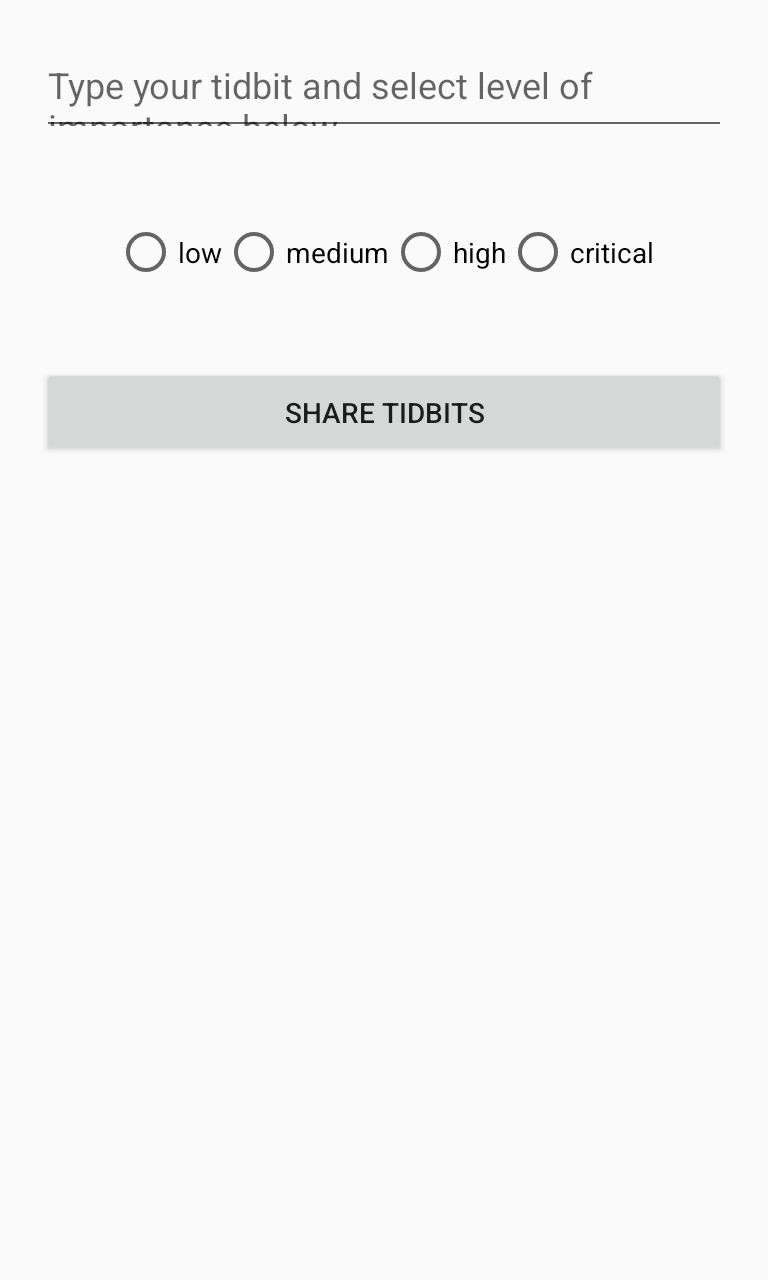
Repository: Pseudos/crowd-tidbits
Layout: crowd-tidbits/res/layout/share.xml
These files come from the project's save history. The layout is drawn as it stood at one moment and after the next save; the edit follows.
It is drawn on a 768 x 1280 px phone screen (xhdpi) without system bars, with theme AppTheme; the app's code is not run.

Above is the layout before, as saved 2015-09-29 17:10:03.

After the next save:
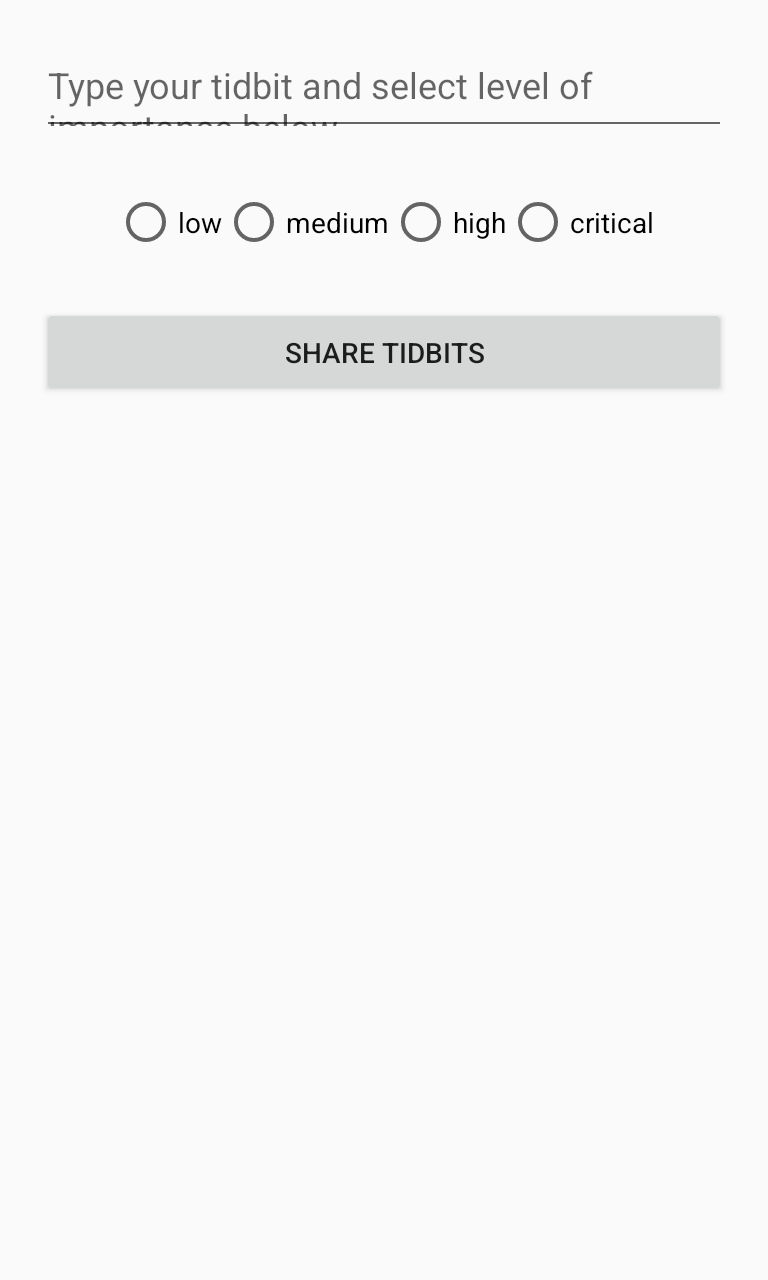
Saved 27 s later.
--- a/crowd-tidbits/res/layout/share.xml
+++ b/crowd-tidbits/res/layout/share.xml
@@ -16,7 +16,7 @@
          android:layout_width="fill_parent"
          android:layout_height="wrap_content"
          android:gravity="center"
-         android:layout_margin="20dp">
+         android:layout_margin="5dp">
 
          <RadioButton
              android:id="@+id/low"
